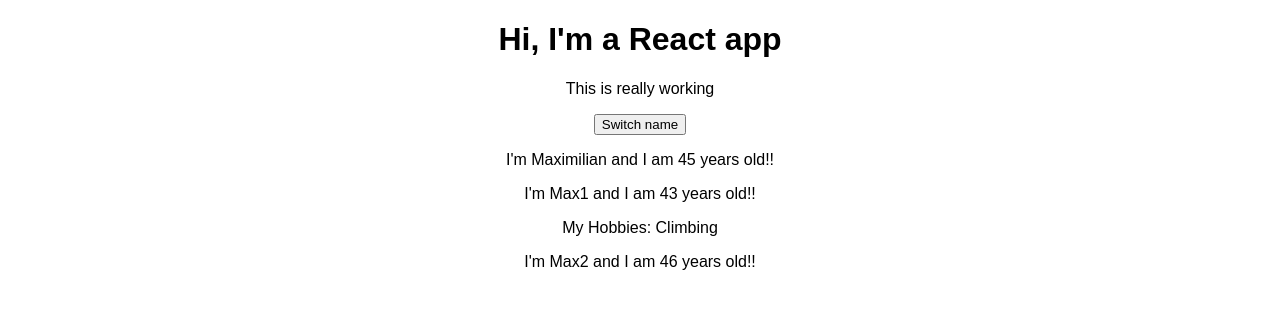
Repository: cristinadoroftei/FirstReactProject
Page: /
An editor plug-in stored every save of this project. The page is shown before and after a run of saves, followed by the edit.
The browser window is 1280 px wide. The pictures show the whole page.
The project was rebuilt for these pictures with package versions that can differ from the ones it lists, and the page was loaded fresh each time.

Above is the page before, as saved 2020-07-08 09:56:58.

After the next 2 saves:
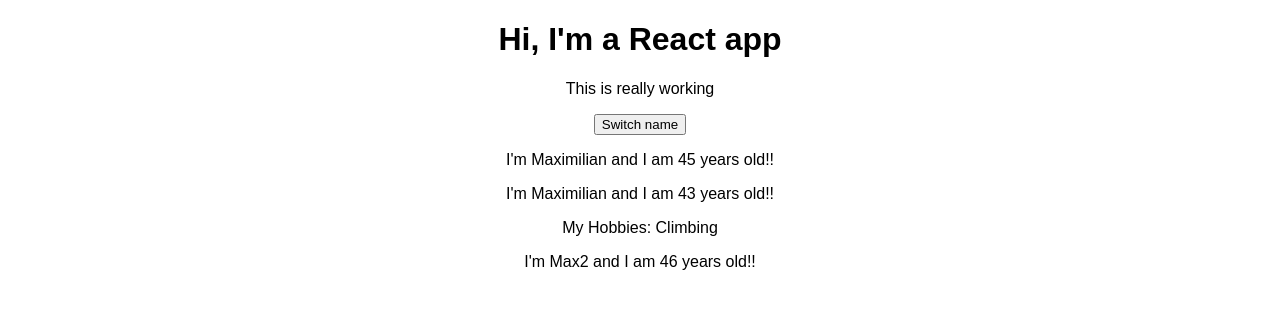
The 2 saves are shown as one change because 1 did not build or start.
The last was saved 24 s later.
--- a/src/App.js
+++ b/src/App.js
@@ -19,7 +19,7 @@
         <p>This is really working</p>
         <button>Switch name</button>
         <Person name= {this.state.persons[0].name} age="45"/>
-        <Person name= "Max1" age="43">My Hobbies: Climbing</Person>
+        <Person name= {this.state.persons[0].name} age="43">My Hobbies: Climbing</Person>
         <Person name= "Max2" age="46"/>
       </div>
     );

After the 3 saves that followed:
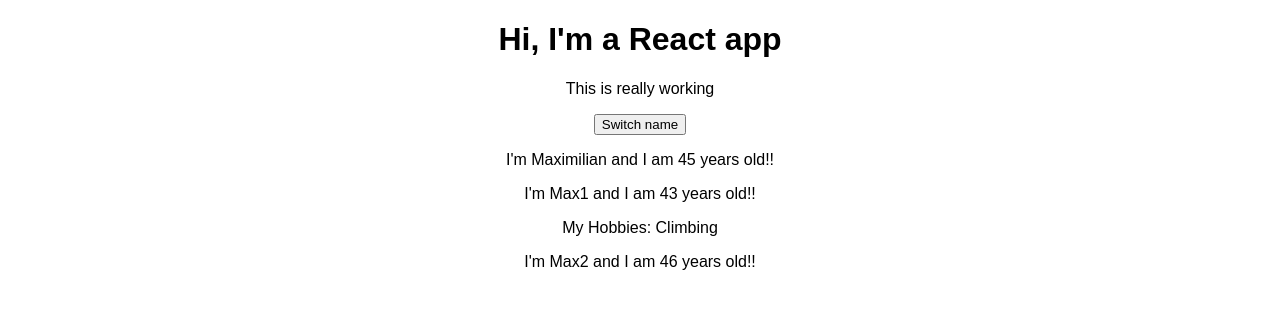
The 3 saves are shown as one change because they came seconds apart.
The last was saved 9 s later.
--- a/src/App.js
+++ b/src/App.js
@@ -19,8 +19,8 @@
         <p>This is really working</p>
         <button>Switch name</button>
         <Person name= {this.state.persons[0].name} age="45"/>
-        <Person name= {this.state.persons[0].name} age="43">My Hobbies: Climbing</Person>
-        <Person name= "Max2" age="46"/>
+        <Person name= {this.state.persons[1].name} age="43">My Hobbies: Climbing</Person>
+        <Person name= {this.state.persons[2].name} age="46"/>
       </div>
     );
     // return React.createElement('div', null, React.createElement('h1', {className: 'App'}, 'Hi, Im a react app!') )
